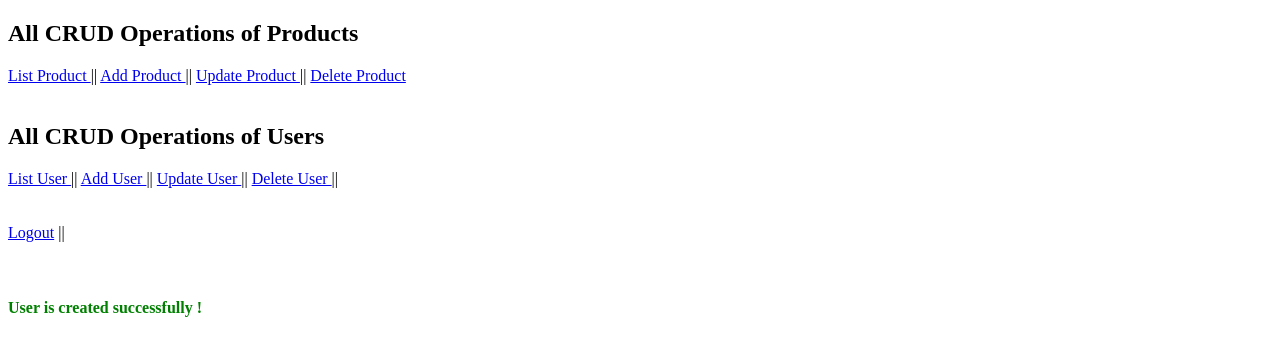
Repository: AnushkaSharma9/Make-an-E-commerce-Website-For-SportyShoes-sportyshoes
Page: http://localhost/phase3-Project-SportyShoes-Webappplication/WEB-INF/view/add-user-success.jsp
An editor plug-in stored every save of this project. The page is shown before and after the next save, followed by the edit.
The browser window is 1280 px wide. The pictures show the whole page.
The page is served by Tomcat 9. Nobody is signed in. Other server files are loaded and not shown. The template is opened directly, without the code that normally fills it, so the values that code supplies are empty.

Above is the page before, as saved 2021-10-25 19:08:21.

### phase3-Project-SportyShoes-Webappplication/src/main/webapp/WEB-INF/view/add-user-success.jsp
<%@ page language="java" contentType="text/html; charset=UTF-8"
	pageEncoding="UTF-8"%>
<!DOCTYPE html>
<html>
<head>
<meta charset="UTF-8">
<title>User is created successfully !</title>
</head>
<body>
	<jsp:include page="home.jsp"></jsp:include>
	<h4 style="color:green">User is created successfully !</h4>
</body>
</html>

### phase3-Project-SportyShoes-Webappplication/src/main/webapp/WEB-INF/view/home.jsp
<html>
<body>

	<h2>All  CRUD Operations of Products </h2>
	<a href="list-products"> List Product </a> ||
	<a href="add-product"> Add Product </a>  ||
	<a href="update-product"> Update Product </a>||
   	<a href="delete-product"> Delete Product </a>

   	<br><br>
    <h2>All  CRUD Operations of Users </h2>
   	<a href="list-users"> List User </a> ||
	<a href="add-user"> Add User </a>  ||
	<a href="update-user"> Update User </a>||
   	<a href="delete-user"> Delete User </a>||
<br>
<br>
<br>
	 <a href="logout">Logout</a>  ||
	<br><br><br>
</body>
</html>

After the next save:
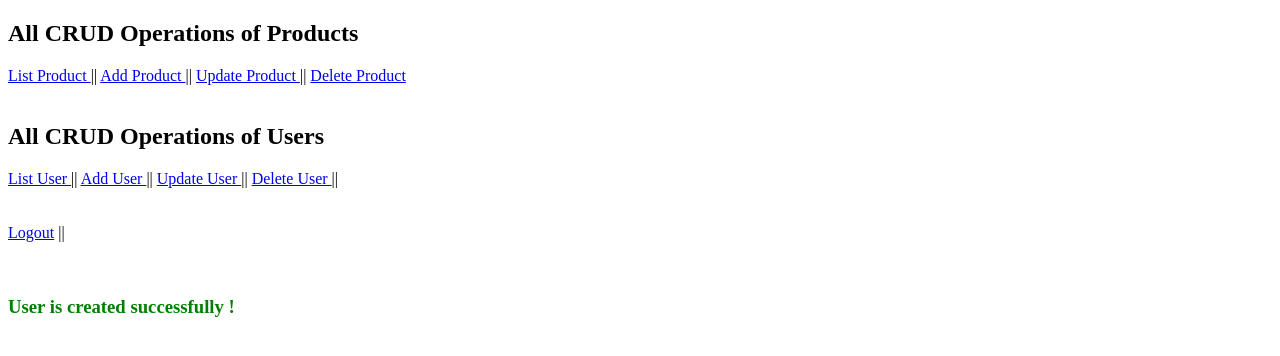
Saved 82 s later.
--- a/phase3-Project-SportyShoes-Webappplication/src/main/webapp/WEB-INF/view/add-user-success.jsp
+++ b/phase3-Project-SportyShoes-Webappplication/src/main/webapp/WEB-INF/view/add-user-success.jsp
@@ -8,6 +8,6 @@
 </head>
 <body>
 	<jsp:include page="home.jsp"></jsp:include>
-	<h4 style="color:green">User is created successfully !</h4>
+	<h3 style="color:green">User is created successfully !</h3>
 </body>
 </html>
